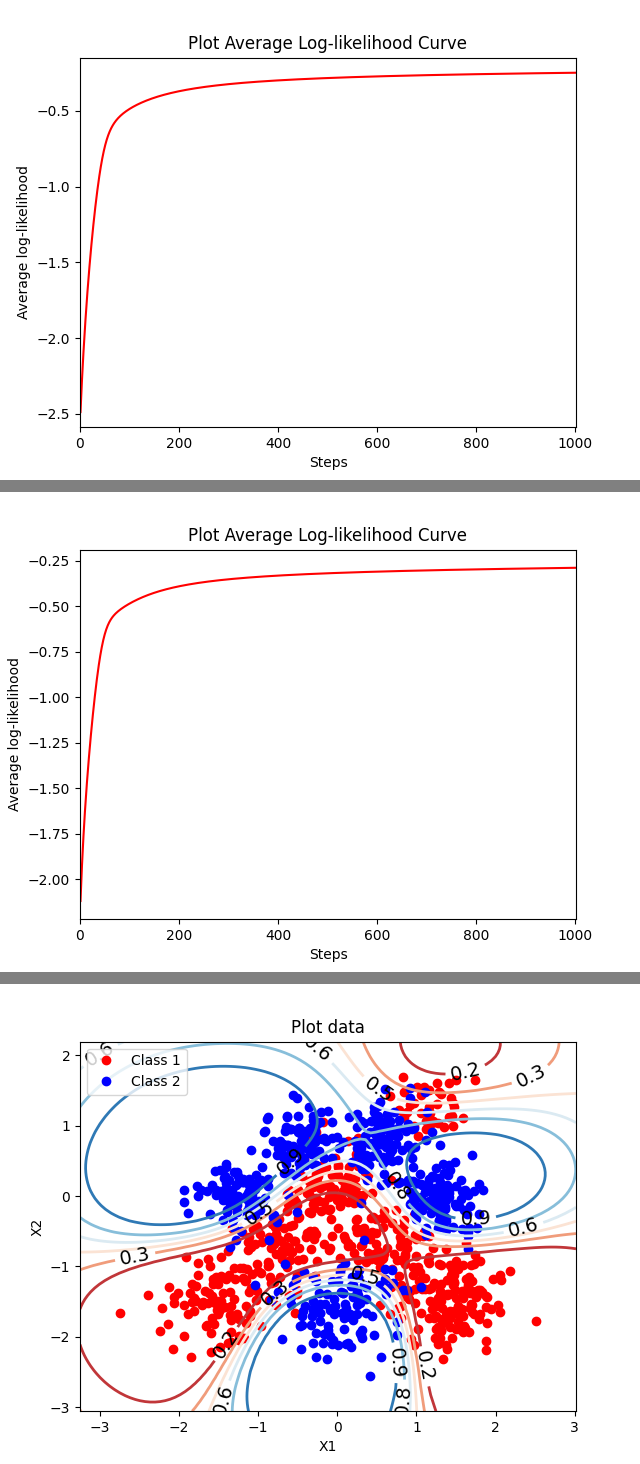
Repository: DhruvTrehan03/3F8
Script's output: python Lab.py
An editor plug-in stored every save of this project. The script's output is shown before and after the next save, followed by the edit.
Each picture stacks the figures in order, with grey between them; figures that are only written to a file come last. Random numbers start from a fixed seed.

Above is the script's output before, as saved 2024-02-16 13:22:55.

After the next save:
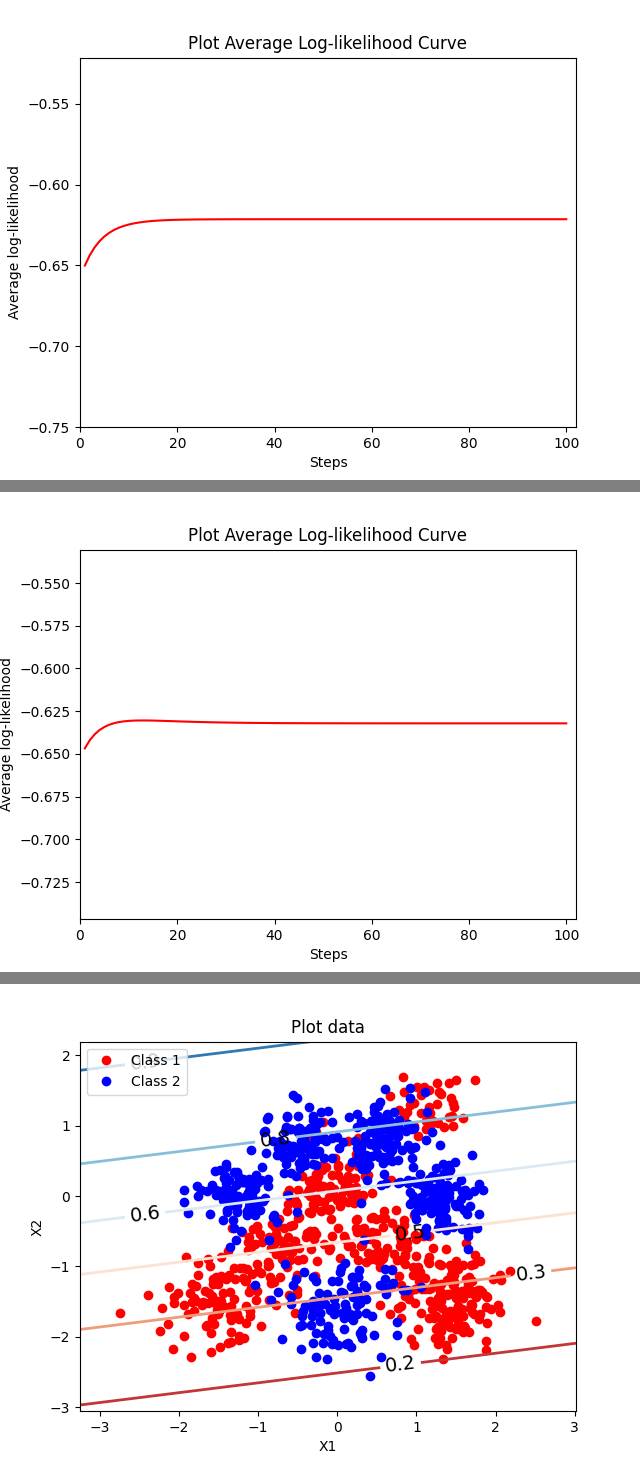
Saved 77 s later.
--- a/Lab.py
+++ b/Lab.py
@@ -113,34 +113,35 @@ X_test = X[ n_train :, : ]
 y_train = y[ 0 : n_train ]
 y_test = y[ n_train : ]
 
-# Eta = 0.001
-# Max_it = 100
+Eta = 0.001
+Max_it = 100
 
-# X_tilde_train = get_x_tilde(X_train)
-# X_tilde_test = get_x_tilde(X_test)
-# w, ll_train, ll_test = fit_w(X_tilde_train, y_train, X_tilde_test, y_test, Max_it, Eta)
+X_tilde_train = get_x_tilde(X_train)
+X_tilde_test = get_x_tilde(X_test)
+w, ll_train, ll_test = fit_w(X_tilde_train, y_train, X_tilde_test, y_test, Max_it, Eta)
+plot_ll(ll_train)
+plot_ll(ll_test)
+plot_predictive_distribution(X, y, w)
+conf_mat(y_test, X_tilde_train, w)
+
+# l = 1 # Width of the Gaussian basis funcction. To be completed by the student
+
+# X_tilde_train = get_x_tilde(evaluate_basis_functions(l, X_train, X_train))
+# X_tilde_test = get_x_tilde(evaluate_basis_functions(l, X_test, X_train))
+
+# # We train the new classifier on the feature expanded inputs
+
+# alpha = 0.0001 # Learning rate for gradient-based optimisation with basis functions. To be completed by the student
+# n_steps = 1000 # Number of steps of gradient-based optimisation with basis functions. To be completed by the student
+
+# w, ll_train, ll_test = fit_w(X_tilde_train, y_train, X_tilde_test, y_test, n_steps, alpha)
+
+# # We plot the training and test log likelihoods
+
 # plot_ll(ll_train)
 # plot_ll(ll_test)
-# plot_predictive_distribution(X, y, w)
 
-l = 1 # Width of the Gaussian basis funcction. To be completed by the student
+# # We plot the predictive distribution
 
-X_tilde_train = get_x_tilde(evaluate_basis_functions(l, X_train, X_train))
-X_tilde_test = get_x_tilde(evaluate_basis_functions(l, X_test, X_train))
-
-# We train the new classifier on the feature expanded inputs
-
-alpha = 0.0001 # Learning rate for gradient-based optimisation with basis functions. To be completed by the student
-n_steps = 1000 # Number of steps of gradient-based optimisation with basis functions. To be completed by the student
-
-w, ll_train, ll_test = fit_w(X_tilde_train, y_train, X_tilde_test, y_test, n_steps, alpha)
-
-# We plot the training and test log likelihoods
-
-plot_ll(ll_train)
-plot_ll(ll_test)
-
-# We plot the predictive distribution
-
-plot_predictive_distribution(X, y, w, lambda x : evaluate_basis_functions(l, x, X_train))
-conf_mat(y_test, X_tilde_train, w)
+# plot_predictive_distribution(X, y, w, lambda x : evaluate_basis_functions(l, x, X_train))
+# conf_mat(y_test, X_tilde_train, w)
